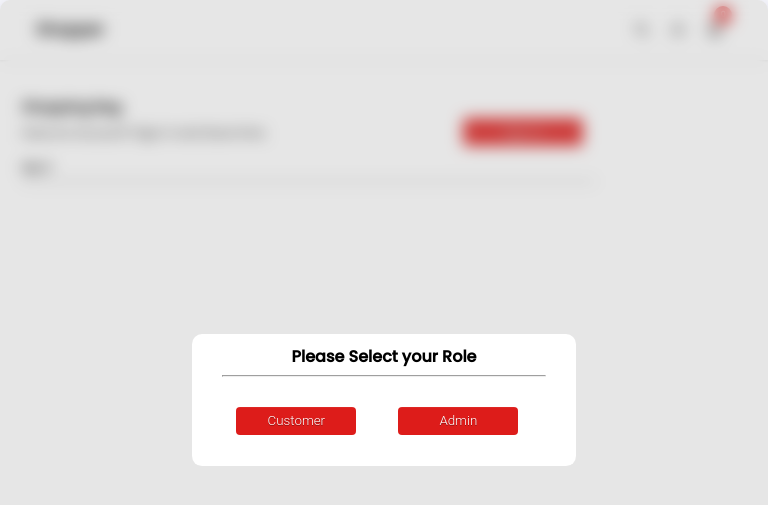
Repository: coolronts/aize-project
Page: /cart
These files come from the project's save history. The page is drawn as it stood at one moment and after the next save; the edit follows.
The browser window is 768 px wide. The pictures show the whole page.
The project was rebuilt for these pictures with package versions that can differ from the ones it lists, and the page was loaded fresh each time. Also part of the build but not shown: src/components/CartItem/CartItem.tsx, src/pages/Shop/shop.module.css, src/components/Card/Card.tsx, src/components/EditModal/editModal.module.css, src/components/EditModal/EditModal.tsx, src/components/AddModal/addModal.module.css, src/components/AddModal/AddModal.tsx, src/pages/Shop/Shop.tsx.

Above is the page before, as saved 2021-09-16 22:02:01.

### src/index.css
* {
    line-height: 1.6;
}

h1 {
    font-size: 2em;
}

h2 {
    font-size: 1.5em;
}

h3 {
    font-size: 1.17em;
}

h4 {
    font-size: 1em;
}

### src/App.tsx
import React, { useState, useEffect } from 'react';
import {BrowserRouter,Switch,Route} from 'react-router-dom';

//components
import Cart from "./pages/Cart/Cart"
import Shop from "./pages/Shop/Shop"
import Modal from "./components/Modal/Modal"
import Header from "./components/Header/Header"

//context
import {UserContextProvider} from './context/user'
import {CommonContextProvider} from './context/common'

//interface
import {ProductCartType, IProduct} from './interfaces'

//api
import {Get, Delete} from './api/api'

const App: React.FunctionComponent = () => {
  //States
  //user States
  const [id, setId] = useState<number|null>(null)
  const [role, setRole]= useState<'ADMIN'|'CUSTOMER'|null>(null)

  //product States
  const [products, setProducts] = useState<ProductCartType[]>([])
  const [allProducts, setAllProducts] = useState<IProduct[]>([])
  const [cartQty, setCartQty] = useState<number>(0)

  //common States
  const [isLoading,setIsLoading] = useState<boolean>(false)
  const updateIsLoading = (state:boolean)=>{setIsLoading(state)}

  const [isError,setIsError] = useState<boolean>(false)
  const updateIsError = (state:boolean)=>{setIsError(state)}

  const [isEdit, setIsEdit] = useState<string>('')
  const updateIsEdit = (type:string)=>{setIsEdit(type)}

  const [isAdd, setIsAdd] = useState<boolean>(false)
  const updateIsAdd = (state:boolean)=>{setIsAdd(state)}


  const [selectedProduct, setSelectedProduct] = useState<IProduct>({} as IProduct)
  const updateSelectedProduct = (product: IProduct)=>{setSelectedProduct(product)}


  const getAllProducts = ()=>{
    updateIsLoading(true)
    Get.getProducts()
    .then(response => (setAllProducts(response)))
    .catch(error => (setIsError(error)))
    updateIsLoading(false)
  }

  const DeleteProduct = (id:number)=>{
    updateIsLoading(true)
    Delete.deleteProduct(id)
    .then(() => getAllProducts())
  }

  const addUser = (_id:number) =>{
    updateIsLoading(true)
    setId(()=>_id);
    (_id%2===0) ? setRole(()=>'CUSTOMER') : setRole(()=>'ADMIN')
    updateIsLoading(false)
  }

  const addProduct = (_id:number, _quantity:number) =>{
    const foundProduct = products.find(x => x.id === _id)
    if(foundProduct){foundProduct.quantity += _quantity}
    else{setProducts(products.concat({id:_id,quantity:_quantity}))}
    setCartQty(()=>cartQty+1)
  }

  const addCart = async (_cart:ProductCartType[])=>{setProducts(()=>(_cart))}

  useEffect(() =>{
    if(id != null){
      updateIsLoading(true)
      Get.getUserCart(id)
      .then(response =>{
        if(response.products != null){
          addCart(response.products)
          let totalQty = 0
          response.products.map((product) => totalQty += product.quantity)
          setCartQty(totalQty)
          updateIsLoading(false)}
        }
      )}
  },[id])


  const userContextValues ={Cart:{id,products},cartQty, role,addUser,addProduct, addCart, DeleteProduct}
  const commonContextValues = {selectedProduct, updateSelectedProduct, isLoading, isError, updateIsError, updateIsLoading, allProducts,  getAllProducts, isEdit, updateIsEdit, isAdd, updateIsAdd}


  return (
    <CommonContextProvider value={commonContextValues}>
      <UserContextProvider value={userContextValues}>
        {(id==null || isLoading ) && <Modal/>}
        <BrowserRouter>
          <Header/>
          <Switch>
            <Route path="/" exact component={Shop}/>
            {<Route path="/cart" exact component={Cart}/>}
          </Switch>
        </BrowserRouter>
      </UserContextProvider>
    </CommonContextProvider>
  )
};

export default App;

### src/pages/Cart/Cart.tsx
import React,{useContext,  useState} from 'react';
import styles from './cart.module.css';
import {AiFillTag} from "react-icons/ai";

//components
import CartItem from '../../components/CartItem/CartItem'

//context
import UserContext from '../../context/user'
const Cart: React.FunctionComponent = () => {

  const userContext = useContext(UserContext)
  const productsList = userContext.Cart.products

  const[total,setTotal]= useState<number>(0)

  const updateTotal = (newPrice:number):void =>{setTotal((prevState)=>newPrice+prevState)}

  return (
    <div className={styles.container}>
      <div className={styles.shoppingBag}>
        <h1>Shopping Bag</h1>
        <div className={styles.signInContainer}>
          <p>Have an Account? Sign in and Save time.</p>
          <button>Sign In </button>
        </div>
        <div className={styles.cart}>
          <h2>Qty: {userContext.cartQty} </h2>
          <hr/>
          {productsList.map((item,index) => {
            return (
              <div key={index}>
                <CartItem id={item.id} qty={item.quantity}  updateTotal={updateTotal}/>
              </div>
            )
          })}
        </div>
      </div>
      <div className={styles.orderSummary}>
        <h2>Order Summary</h2>
        <div className={styles.promoCode}>
          <AiFillTag/>
          <h4>Have a Promo Code?</h4>
        </div>
        <div className={styles.price}>
          <h4>Merchandise:</h4>
          <strong>{total} NOK</strong>
        </div>
        <div className={styles.price}>
          <h4>Estimated Ship:</h4>
          <strong>Free</strong>
        </div>
        <hr/>
        <div className={styles.price}>
          <h3><strong>Order Total</strong></h3>
          <strong>{total} NOK</strong>
        </div>
        <div className={styles.PayButtonContainer}>
          <button>Proceed to Checkout</button>
        </div>
      </div>
    </div>
  )
};

export default Cart;

### src/components/Modal/Modal.tsx
import React, { useContext } from 'react';
import styles from './modal.module.css'

//context
import UserContext from '../../context/user'
import CommonContext from '../../context/common'

const Modal: React.FunctionComponent = () => {
  const userContext = useContext(UserContext)
  const commonContext = useContext(CommonContext)

  return (
    <div className={styles.container}>
      <div className={styles.modal}>
        {commonContext.isLoading ?
          <div className={styles.loaderContainer}>
            <div className={styles.loader}></div>
          </div>

        :
          <>
            <h4>Please Select your Role</h4>
            <hr/>
            <div className={styles.buttonContainer}>
              <button onClick={()=>{!userContext.Cart.id && userContext.addUser(Math.floor(Math.random() * 49)*2)}}>Customer</button>
              <button onClick={()=>{!userContext.Cart.id && userContext.addUser(Math.floor(Math.random() * 49)*2 + 1)}}>Admin</button>
            </div>
          </>
        }
      </div>
    </div>
  )
}

export default Modal

### src/components/Header/Header.tsx
import React, {useContext} from 'react';
import styles from './header.module.css';
import {Link} from "react-router-dom";
//component
import Logo from '../Logo/Logo'
//context
import UserContext from '../../context/user';

const Header: React.FunctionComponent = () => {
  const userContext = useContext(UserContext)
  const role = userContext.role

  return (
    <header>
      <div>
        <Link to="/" className={styles.linkStyle}><h1>Shopper</h1></Link>
      </div>
      <h3 className={styles.role}> <span>you're logged in as </span>{role}</h3>
      <div className={styles.logoContainer}>
        <Logo logo={"search"}/>
        <Logo logo={"user"}/>
        <Logo logo={"cart"}/>
      </div>
    </header>
  )
}

export default Header

### src/context/user.ts
import { createContext } from "react";
import {IUserProp, ProductCartType} from '../interfaces'

//initializing the state
const UserContext = createContext<IUserProp>({
  Cart:{id:null,products:[]},
  role:null,
  cartQty: 0,
  addCart:(products:ProductCartType[])=>{},
  addUser:(id:number)=>{},
  addProduct:(id:number)=>{},
  DeleteProduct:(id:number)=>{}
})

export const UserContextConsumer = UserContext.Consumer;
export const UserContextProvider = UserContext.Provider;
export default UserContext;

### src/context/common.ts
import { createContext } from "react";
import {ICommon,IProduct} from '../interfaces'

//initializing the state
const CommonContext = createContext<ICommon>({
  isLoading:false,
  isError:false,
  updateIsLoading:(state:boolean) =>{},
  updateIsError:(state:boolean) =>{},
  allProducts:[],
  getAllProducts:()=>{},
  isEdit:'',
  updateIsEdit:(type:string)=>{},
  selectedProduct:{} as IProduct,
  updateSelectedProduct:(product:IProduct|null)=>{},
  isAdd:false,
  updateIsAdd:(state:boolean)=>{}
})

export const CommonContextConsumer = CommonContext.Consumer;
export const CommonContextProvider = CommonContext.Provider;
export default CommonContext;

### src/api/api.ts
import axios, {AxiosResponse} from 'axios';
import {IProduct, UserCartType} from '../interfaces'

const instance = axios.create({
  baseURL: 'http://localhost:8080',
  timeout: 15000,
});

const responseBody = (response: AxiosResponse) => response.data;

const requests = {
	get: (url: string) => instance.get(url).then(responseBody),
  delete: (url: string) => instance.delete(url).then(responseBody),
  put: (url: string, body: {}) => instance.put(url, body).then(responseBody),
  post: (url: string, body: {}) => instance.post(url, body).then(responseBody),
};


export const Get={
  getProducts: (): Promise<IProduct[]> => requests.get('products'),
  getUserCart: (id:number): Promise<UserCartType> => requests.get('carts/'+ id),
  getProduct: (id:number): Promise<IProduct> => requests.get('products/'+ id),
  searchProduct: (query:string): Promise<IProduct[]> => requests.get('products?q='+ query),
}

export const Delete={
  deleteProduct: (id:number): Promise<void> => requests.delete('products/'+id)
}

export const Put={
  updateProduct: (post: IProduct, id: number): Promise<IProduct> =>requests.put('/products/' + id, post)
}
export const Post={
  addProduct: (post: IProduct): Promise<IProduct> =>requests.post('/products', post)}

### src/pages/Cart/cart.module.css
strong {
    font-weight: 600;
}

.container {
    padding: 24px 80px;
    display: flex;
}

.shoppingBag {
    width: 80%;
    padding: 12px 0px;
}

.signInContainer {
    margin-bottom: 12px;
    margin-top: 12px;
    display: flex;
    align-items: center;
    justify-content: space-between;
}

.cart {
    padding-top: 46px;
}

.orderSummary {
    padding: 12px 24px 12px 24px;
    width: 50%;
}

.promoCode {
    display: flex;
    margin-top: 20px;
    margin-bottom: 20px;
    border: 2px solid #dd1c1a;
    padding: 12px 12px 12px 12px;
    width: 100%;
    text-align: center;
}

.price {
    display: flex;
    justify-content: space-between;
    margin-bottom: 20px;
}

.PayButtonContainer>button {
    margin-top: 20px;
    width: 100%;
}

.buttonContainer {
    margin-top: 24px;
    display: flex;
    justify-content: center;
}

button {
    cursor: pointer;
    width: 120px;
    background-color: #dd1c1a;
    display: inline-block;
    padding: 0.3em 1.2em;
    margin: 0 1em 0.1em 0;
    border: 0.16em solid rgba(255, 255, 255, 0);
    border-radius: 2em;
    box-sizing: border-box;
    text-decoration: none;
    font-family: 'Roboto', sans-serif;
    font-weight: 300;
    color: white;
    text-shadow: 0 0.04em 0.04em rgba(0, 0, 0, 0.35);
    text-align: center;
    transition: all 0.2s;
}

button:hover {
    border-color: rgba(255, 255, 255, 1);
}

@media screen and (max-width: 800px) {
    h1 {
        font-size: 14px;
    }
    h2 {
        font-size: 10px;
    }
    p {
        font-size: 12px;
    }
    button {
        width: 120px;
        border-radius: 0.3em;
        padding: 0.1em 0.4em;
    }
    .container {
        padding: 24px 10px;
    }
    .shoppingBag {
        width: 80%;
        padding: 12px 12px;
        text-align: left;
    }
    .signInContainer {
        margin-bottom: 0px;
        margin-top: 0px;
    }
    .cart {
        padding-top: 12px;
    }
    .orderSummary {
        display: none;
    }
}

### src/components/Modal/modal.module.css
.container {
    width: 100%;
    height: 100%;
    position: fixed;
    background: rgba( 155, 155, 155, 0.25);
    box-shadow: 0 8px 32px 0 rgba( 31, 38, 135, 0.37);
    backdrop-filter: blur( 8px);
    -webkit-backdrop-filter: blur( 8px);
    border-radius: 10px;
    z-index: 20;
}

.modal {
    text-align: center;
    background-color: white;
    border-radius: 10px;
    padding: 10px 30px;
    width: 50%;
    position: absolute;
    top: 50%;
    left: 50%;
    transform: translate(-50%, -50%);
}

.buttonContainer {
    display: flex;
    margin: 20px 0;
    justify-content: space-around;
    flex-wrap: wrap;
}

.buttonContainer>button {
    margin-top: 10px;
}

.loaderContainer {
    padding: 10px 30px 10px 30px;
    width: 100%;
    height: 100%;
    display: flex;
    justify-content: center;
}

.loader {
    position: relative;
    border: 16px solid #f3f3f3;
    border-radius: 50%;
    border-top: 16px solid #3498db;
    width: 120px;
    height: 120px;
    -webkit-animation: spin 2s linear infinite;
    /* Safari */
    animation: spin 2s linear infinite;
}


/* Safari */

@-webkit-keyframes spin {
    0% {
        -webkit-transform: rotate(0deg);
    }
    100% {
        -webkit-transform: rotate(360deg);
    }
}

@keyframes spin {
    0% {
        transform: rotate(0deg);
    }
    100% {
        transform: rotate(360deg);
    }
}

@media screen and (max-width: 800px) {
    .container {
        text-align: center;
    }
}

### src/components/Header/header.module.css
header {
    box-shadow: 0 1px 3px 0 rgba(0, 0, 0, 0.1), 0 1px 2px 0 rgba(0, 0, 0, 0.06);
    padding: 12px 36px;
    display: flex;
    justify-content: space-between;
    align-items: center;
}

.logoContainer {
    display: flex;
}

.role {
    color: #dd1c1a;
}

.role>span {
    font-size: 12px;
    margin-right: 3px;
    color: black;
}

.linkStyle {
    text-Decoration: none;
    color: black;
}

@media screen and (max-width: 800px) {
    .linkStyle>h1 {
        font-size: 16px;
    }
}

### src/components/Logo/Logo.tsx
import React, {useContext, useState} from 'react'
import styles from './logo.module.css'
import {Link} from "react-router-dom"

//icons
import {MdCancel} from "react-icons/md"
import { AiOutlineShoppingCart, AiOutlineUser, AiOutlineSearch } from 'react-icons/ai';

//interface
import {IProduct} from '../../interfaces'

//context
import UserContext from '../../context/user'

//api
import {Get} from "../../api/api"

const Logo: React.FunctionComponent<{logo:string}>= ({logo}) => {
  const userContext = useContext(UserContext)

  const [searchItems, setSearchItems] = useState<IProduct[]>([])
  const [isSearch, setIsSearch] = useState<boolean>(false)

  const search = (keyword:any) =>{
    if(keyword.length===0){
      setIsSearch(false)
    }
    else{
      setIsSearch(true)
      Get.searchProduct(keyword)
      .then(result => {setSearchItems(()=>result.slice(0,5))})
    }
  }
  return (
    <>
      {logo==="cart" && (
        <Link to="/cart">
          <div className={styles.logoContainer}>
            <AiOutlineShoppingCart className={styles.icon}/>
            {userContext.Cart.products != null && (<p className={styles.badge}>{userContext.cartQty}</p>)}
          </div>
        </Link>
      )}

      {logo==="user" && (
        <div className={styles.logoContainer}>
         <AiOutlineUser className={styles.icon}/>
        </div>
      )}

      {logo==="search" && (
        <>
          { isSearch && <div className={styles.searchContainer}>
            <input type="text" onChange={(e)=>search(e.target.value)} className={styles.searchBox}/>
            <MdCancel onClick={()=>setIsSearch(false)}  />
            <>
              {isSearch &&
                <div className={styles.suggestionContainer}>
                  {isSearch && searchItems.map((item,index)=>{
                    return(
                      <div key={index} className={styles.suggestionContainer}>
                        <div className={styles.suggestion}>
                          <div className={styles.imageContainer}>
                            <img src={item.defaultImage} alt="product"/>
                          </div>

                          <div className={styles.info}>
                            <p className={styles.name}>{item.name}</p>
                            <p>Price: {item.price} Nok</p>
                            <p>Discount:  -{item.discount}%</p>
                          </div>
                        </div>
                        <hr></hr>
                      </div>
                     )
                  })}
                </div>
              }
            </>
          </div>}

          <div onClick={()=>{
            setIsSearch(true)
            setSearchItems([])
            }} className={styles.logoContainer}>
            <AiOutlineSearch  className={styles.icon}/>
          </div>
        </>
      )}
    </>
  )
}

export default Logo

### src/components/CartItem/cartItem.module.css
strong {
    font-weight: 600;
}

.product {
    display: flex;
    margin-top: 20px;
    border-bottom: 2px solid whitesmoke;
    padding-bottom: 10px;
}

.imageContainer>img {
    width: 200px;
}

.productInfo {
    height: inherit;
    display: flex;
    flex-direction: column;
    justify-content: space-between;
    margin-left: 20px;
    width: 50%;
}

.vl {
    border-left: 2px solid #D3D3D3;
    height: 60px;
    align-self: center;
}

.productSummary {
    margin-left: 20px;
    display: flex;
    flex-direction: column;
    justify-content: center;
    text-align: center;
    color: #dd1c1a;
    width: 45%;
}

@media screen and (max-width: 800px) {
    h1 {
        font-size: 14px;
    }
    h2 {
        font-size: 10px;
    }
    p {
        font-size: 12px;
    }
    .product {
        flex-direction: column;
    }
    .imageContainer>img {
        width: 200px;
    }
    .productInfo {
        margin-left: 0px;
        width: 100%;
    }
    .vl {
        display: none
    }
    .productSummary {
        margin-left: 0px;
        flex-direction: row;
        justify-content: flex-start;
        text-align: left;
    }
}

### src/components/Card/card.module.css
            @import url('https://fonts.googleapis.com/css2?family=Poppins:wght@300;400;500&display=swap');
            * {
                margin: 0;
                padding: 0;
                box-sizing: border-box;
                font-family: 'Poppins', sans-serif;
            }

            .container {
                overflow: hidden;
                position: relative;
                display: flex;
                flex-direction: column;
                justify-content: space-between;
                cursor: pointer;
                width: 300px;
                height: 360px;
                padding: 25px;
                background: #fff;
                max-width: 260px;
                border-radius: 20px;
                margin: 10px auto;
                box-shadow: 0 5px 10px rgba(154, 160, 185, .05), 0 15px 40px rgba(166, 173, 201, .2);
            }

            .discount {
                position: absolute;
                background-color: #dd1c1a;
                font-weight: bold;
                font-size: 14px;
                color: white;
                padding-left: 20px;
                padding-top: 24px;
                height: 65px;
                width: 65px;
                border-radius: 50%;
                left: -10px;
                top: -15px;
                box-shadow: 0 5px 10px rgba(146, 61, 36, 0.05), 0 15px 40px rgba(165, 83, 63, 0.2);
            }

            .imageContainer {
                text-align: center;
            }

            .imageContainer>img {
                width: 100px;
            }

            .adminControl {
                display: flex;
                justify-content: center;
            }

            .adminControl>.icon {
                margin-right: 10px;
                padding: 3px 3px 3px 3px;
                font-size: 30px;
            }

            .adminControl>.icon:hover {
                box-shadow: 0 5px 10px rgba(146, 61, 36, 0.05), 0 15px 40px rgba(165, 83, 63, 0.2);
            }

            .icon {
                color: #dd1c1a;
            }

            .name {
                font-weight: bold;
                text-align: center;
                margin-top: 5px;
                height: 40px;
            }

            .description {
                font-weight: 500;
                font-size: 12px;
                text-align: justify;
                margin-bottom: 10px;
                line-height: normal;
                white-space: pre-wrap;
                overflow: hidden;
                text-overflow: ellipsis;
                height: 80px;
            }

            .price {
                text-align: center;
                font-weight: bolder;
                color: #dd1c1a;
                margin-bottom: 10px;
            }

            .buttonContainer {
                display: flex;
                justify-content: space-around;
            }

            .buttonContainer>button {
                cursor: pointer;
                width: 120px;
                background-color: #dd1c1a;
                display: inline-block;
                padding: 0.3em 1.2em;
                margin: 0 0.1em 0.1em 0;
                border: 0.16em solid rgba(255, 255, 255, 0);
                border-radius: 2em;
                box-sizing: border-box;
                text-decoration: none;
                font-family: 'Roboto', sans-serif;
                font-weight: 300;
                color: white;
                text-shadow: 0 0.04em 0.04em rgba(0, 0, 0, 0.35);
                text-align: center;
                transition: all 0.2s;
            }

            .buttonContainer>button:hover {
                border-color: rgba(255, 255, 255, 1);
            }

            @media screen and (max-width: 800px) {
                .container {
                    justify-content: start
                }
                .name {
                    margin-top: 5px;
                }
                .description {
                    font-weight: 300;
                    font-size: 12px;
                    line-height: normal;
                    white-space: pre-wrap;
                    overflow: hidden;
                    text-overflow: ellipsis;
                }
                .price {
                    text-align: center;
                    display: block;
                    font-size: 16px;
                    width: 100%;
                }
            }

### src/components/Logo/logo.module.css
.logoContainer {
    position: relative;
    cursor: pointer;
    border-radius: 18px;
    padding: 18px;
    z-index: 1;
    margin-right: 18px;
}

.logoContainer:hover {
    box-shadow: 0 5px 10px rgba(146, 61, 36, 0.05), 0 15px 40px rgba(165, 83, 63, 0.2);
}

.icon {
    position: absolute;
    font-size: 24px;
    color: black;
    z-index: 5;
    top: 0;
    bottom: 0;
    left: 0;
    right: 0;
    margin: auto auto auto auto;
}

.badge {
    position: absolute;
    background-color: #dd1c1a;
    color: white;
    font-weight: bold;
    font-size: 8px;
    width: 18px;
    height: 18px;
    border-radius: 50%;
    text-align: center;
    top: -6px;
    line-height: 18px;
}

.searchContainer {
    width: 100%;
    height: 100%;
    left: 0;
    padding: 2% 20%;
    position: fixed;
    background: rgba( 255, 255, 255, 1);
    box-shadow: 0 8px 32px 0 rgba( 31, 38, 135, 0.37);
    backdrop-filter: blur( 4px);
    -webkit-backdrop-filter: blur( 4px);
    border-radius: 10px;
    border: 1px solid rgba( 255, 255, 255, 0.18);
    z-index: 20;
    text-align: center;
    overflow-y: scroll;
}

.searchContainer>input {
    margin-top: 5%;
    border-radius: 12px;
    outline: none;
    border: 1px solid black;
    padding: 0.5em 1em 0.5em 1em;
}

.suggestion {
    padding-top: 10px;
    display: flex;
    justify-content: center;
    align-items: center;
    margin-bottom: 3px;
    margin-top: 10px;
    width: 100%;
    border-radius: 12px;
}

.suggestion:hover {
    background-color: gainsboro;
}

.imageContainer {
    padding: 20px;
}

.imageContainer>img {
    width: 100px;
}

.info {
    display: flex;
    flex-direction: column;
    text-align: left;
    width: 60%;
}

.name {
    font-size: 18px;
}

.price {
    margin-top: 5px;
    width: 60%;
    display: flex;
    justify-content: space-around;
    width: 100%;
    font-size: 12px;
}

.suggestion>img {
    width: 5%;
    border-radius: 12px;
}

hr {
    margin-top: 5px;
}

@media screen and (max-width: 800px) {
    .logoContainer {
        margin-right: 0px;
    }
    .icon {
        font-size: 16px;
    }
    h3 {
        display: none;
    }
    h3>span {
        display: block;
    }
    .searchContainer {
        position: fixed;
        left: 0;
        top: 0;
        padding: 20px 20px;
    }
    .suggestion {
        align-items: center;
        margin-bottom: 3px;
        margin-top: 10px;
        width: 100%;
        margin-left: 0%;
    }
}

Loaded but not shown: public/index.html (common file); src/index.tsx (common file)

After the next save:
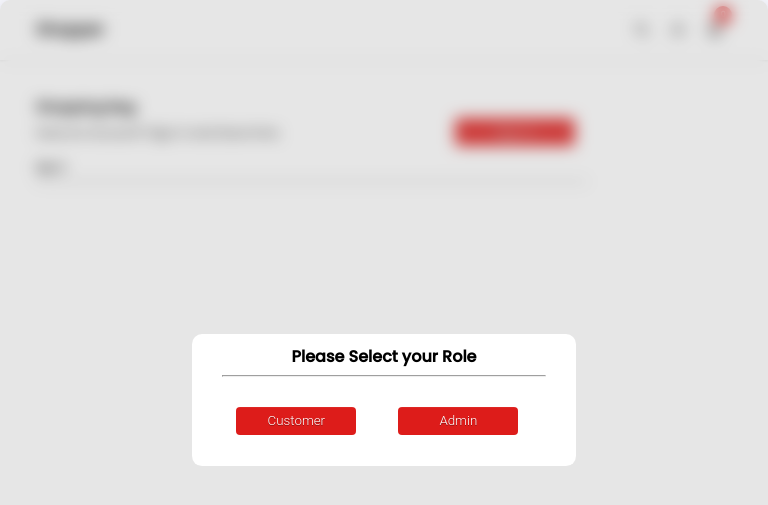
Saved 13 s later.
--- a/src/pages/Cart/cart.module.css
+++ b/src/pages/Cart/cart.module.css
@@ -95,7 +95,7 @@ button:hover {
         padding: 0.1em 0.4em;
     }
     .container {
-        padding: 24px 10px;
+        padding: 24px 24px;
     }
     .shoppingBag {
         width: 80%;
